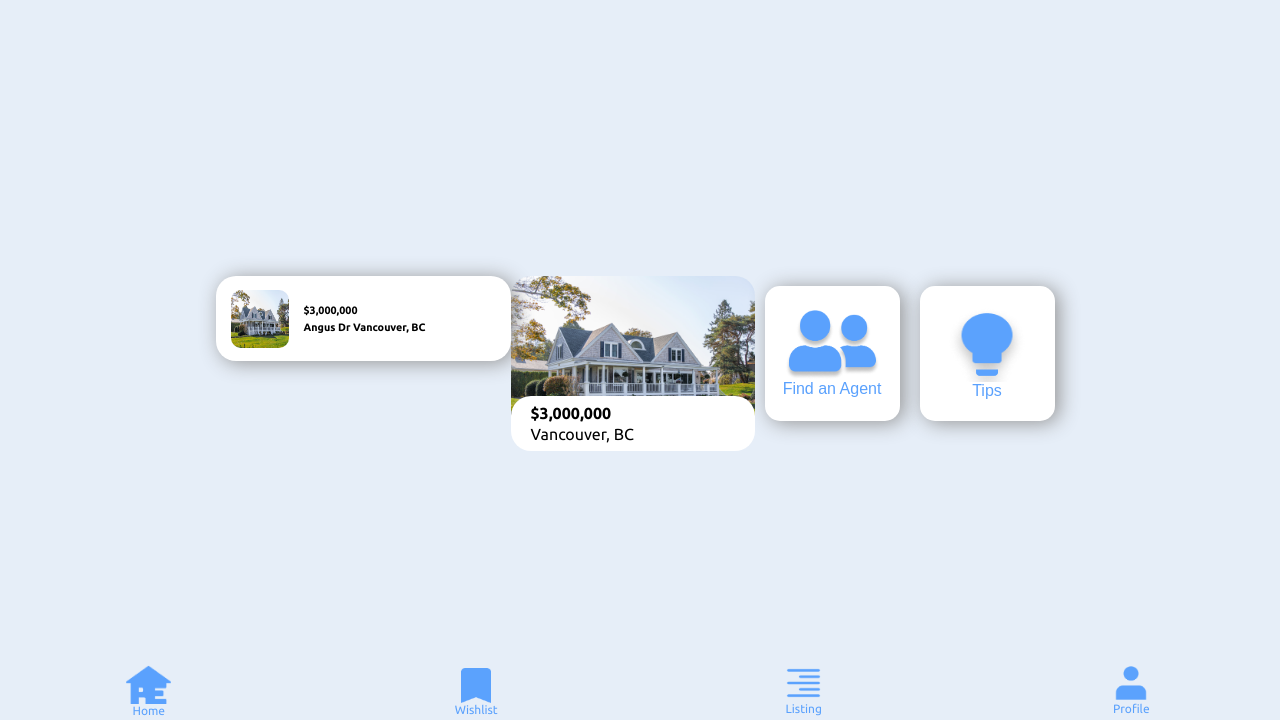
Repository: msyukurrr/realeasy
Page: /
An editor plug-in stored every save of this project. The page is shown before and after the next save, followed by the edit.
The browser window is 1280 px wide. The pictures show the whole page.
The project was rebuilt for these pictures with package versions that can differ from the ones it lists, and the page was loaded fresh each time. The framework's server and built-in components were replaced by stand-ins that run in the browser. Also part of the build but not shown: next.config.js, components/CatButton.js.

Above is the page before, as saved 2023-01-27 19:54:32.

After the next save:
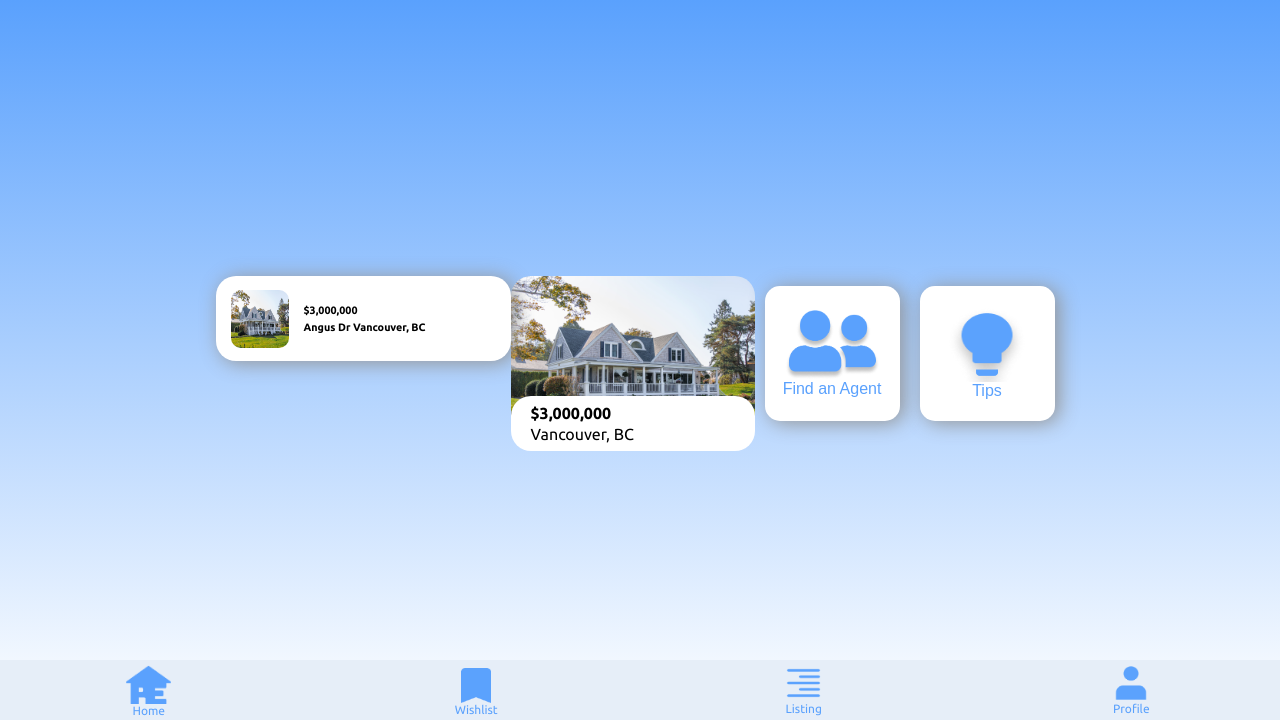
Saved 49 s later.
--- a/styles/Home.module.css
+++ b/styles/Home.module.css
@@ -21,7 +21,7 @@
   flex-direction: column;
   justify-content: center;
   align-items: center;
-  background-image: linear-gradient(5AA1FD, white);
+  background-image: linear-gradient(#5AA1FD, white);
 }
 
 .footer {
